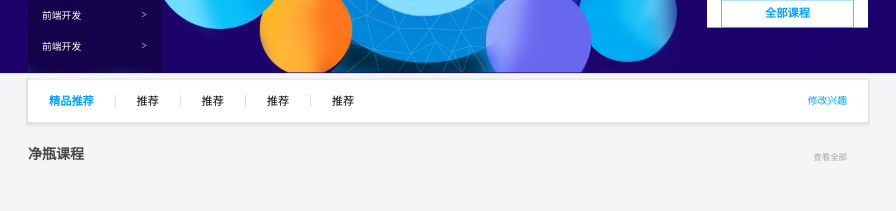
Repository: R1Deemo/Web-Project
Page: index..html
An editor plug-in stored every save of this project. The page is shown before and after a run of saves, followed by the edit.
The browser window is 1280 px wide. The pictures show the part of the page from y = 418 to 2338 px (the page is 720 px tall before and 3368 px after), at 70% of full size.

Above is the page before, as saved 2022-03-09 19:20:37.

After the next 2 saves:
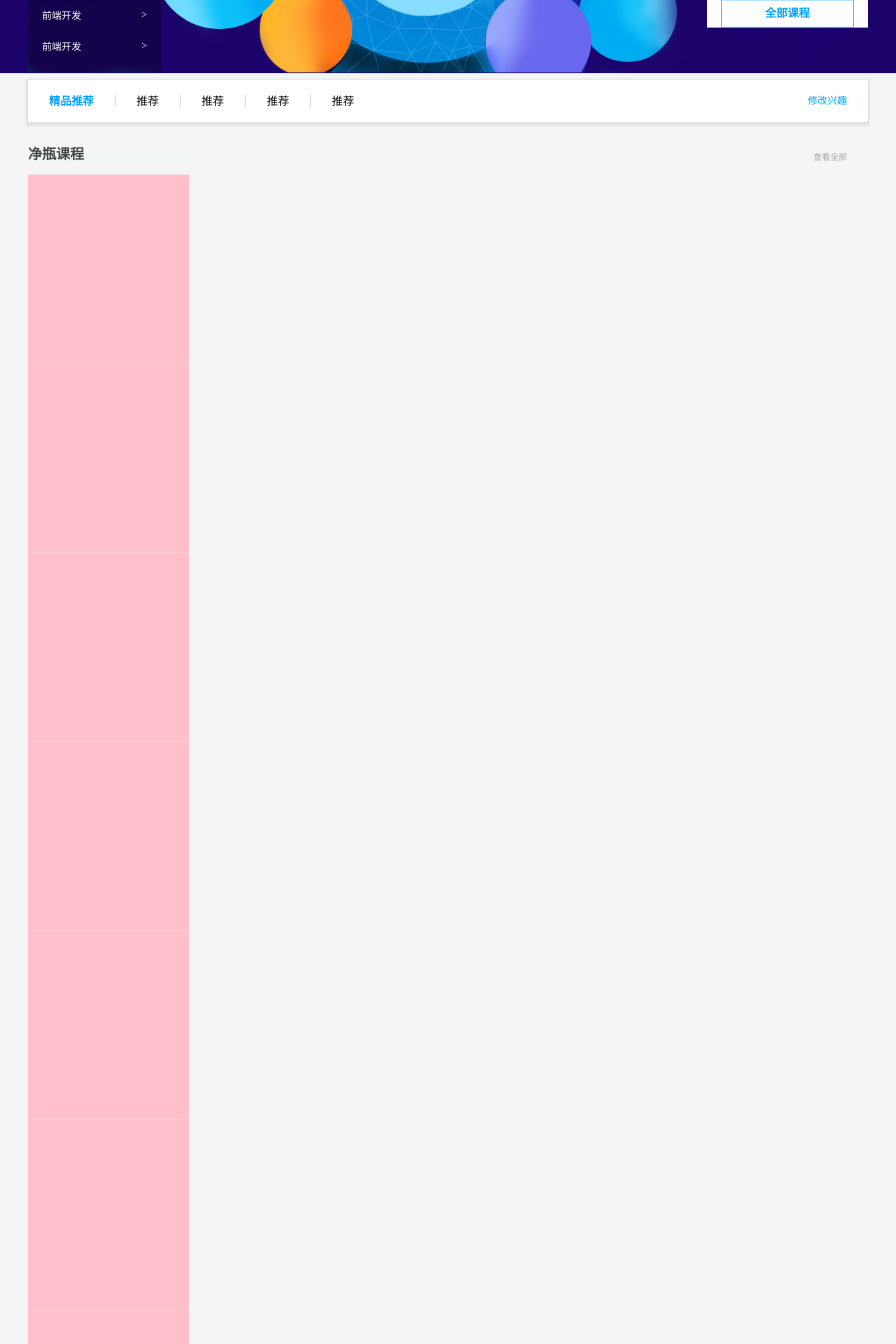
The 2 saves are shown as one change because they came seconds apart.
The last was saved 18 s later.
--- a/index..html
+++ b/index..html
@@ -100,7 +100,20 @@
             <a href="#">查看全部</a>
         </div>
         <div class="box-bd">
+            <ul>
+                <li></li>
+                <li></li>
+                <li></li>
+                <li></li>
+                <li></li>
+                <li></li>
+                <li></li>
+                <li></li>
+                <li></li>
+                <li></li>
 
+
+            </ul>
         </div>
     </div>
 
